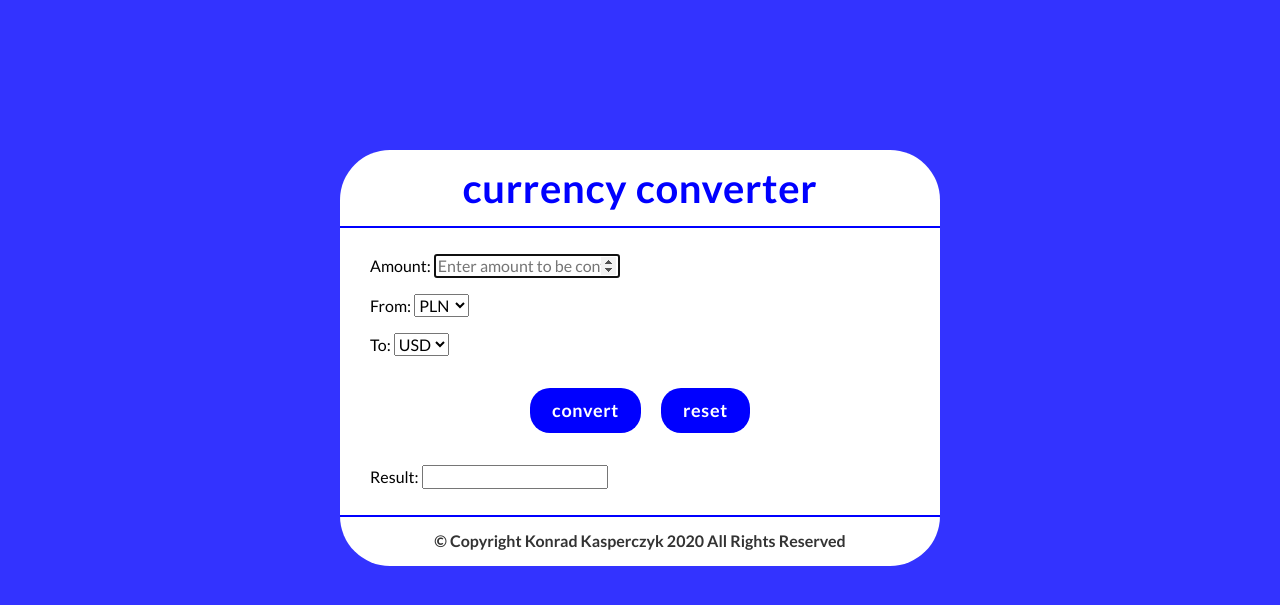
Repository: kkasperczyk/currency-converter
Page: index.html
These files come from the project's save history. The page is drawn as it stood at one moment and after a run of saves; the edit follows.
The browser window is 1280 px wide. The pictures show the whole page.

Above is the page before, as saved 2020-06-16 13:13:48.

After the next 2 saves:
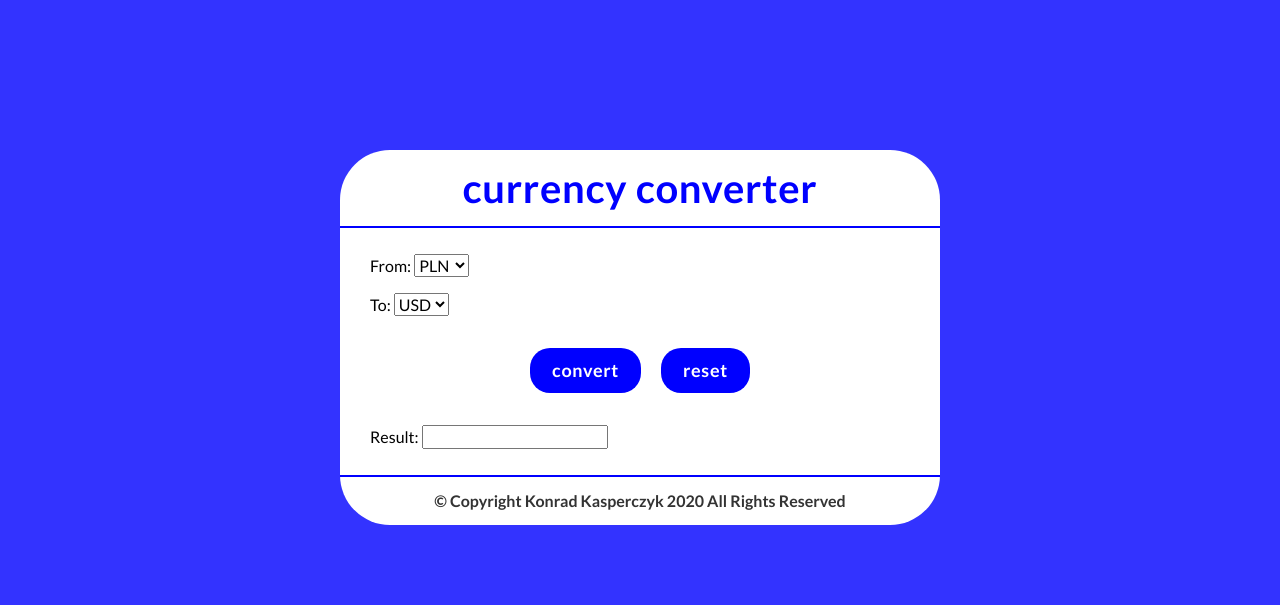
The 2 saves are shown as one change because they came seconds apart.
The last was saved 3 min 39 s later.
--- a/index.html
+++ b/index.html
@@ -27,7 +27,7 @@
             <form class="form js-form">
                 <p>
                     <label>
-                        Amount:
+                        <spanAmount:
                         <input class="form__amount js-form__amount" type="number" name="amount" min="1" step="any"
                             required placeholder="Enter amount to be converted">
                     </label>

After the save that followed:
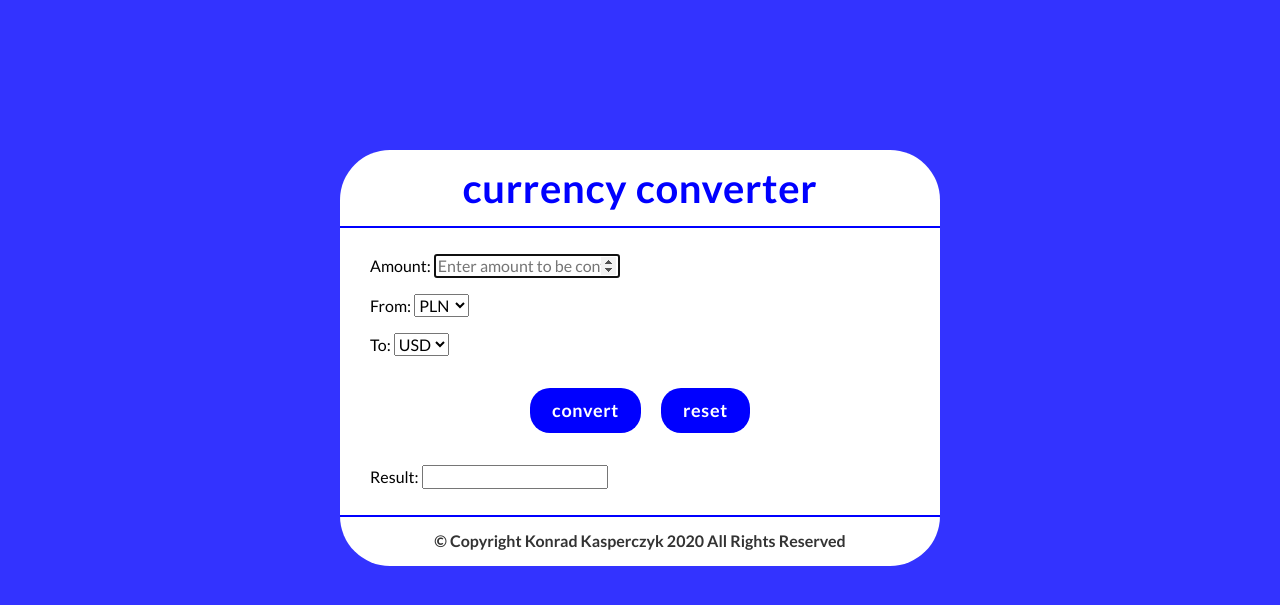
Saved 4 s later.
--- a/index.html
+++ b/index.html
@@ -27,7 +27,7 @@
             <form class="form js-form">
                 <p>
                     <label>
-                        <spanAmount:
+                        <span></span>Amount:
                         <input class="form__amount js-form__amount" type="number" name="amount" min="1" step="any"
                             required placeholder="Enter amount to be converted">
                     </label>
